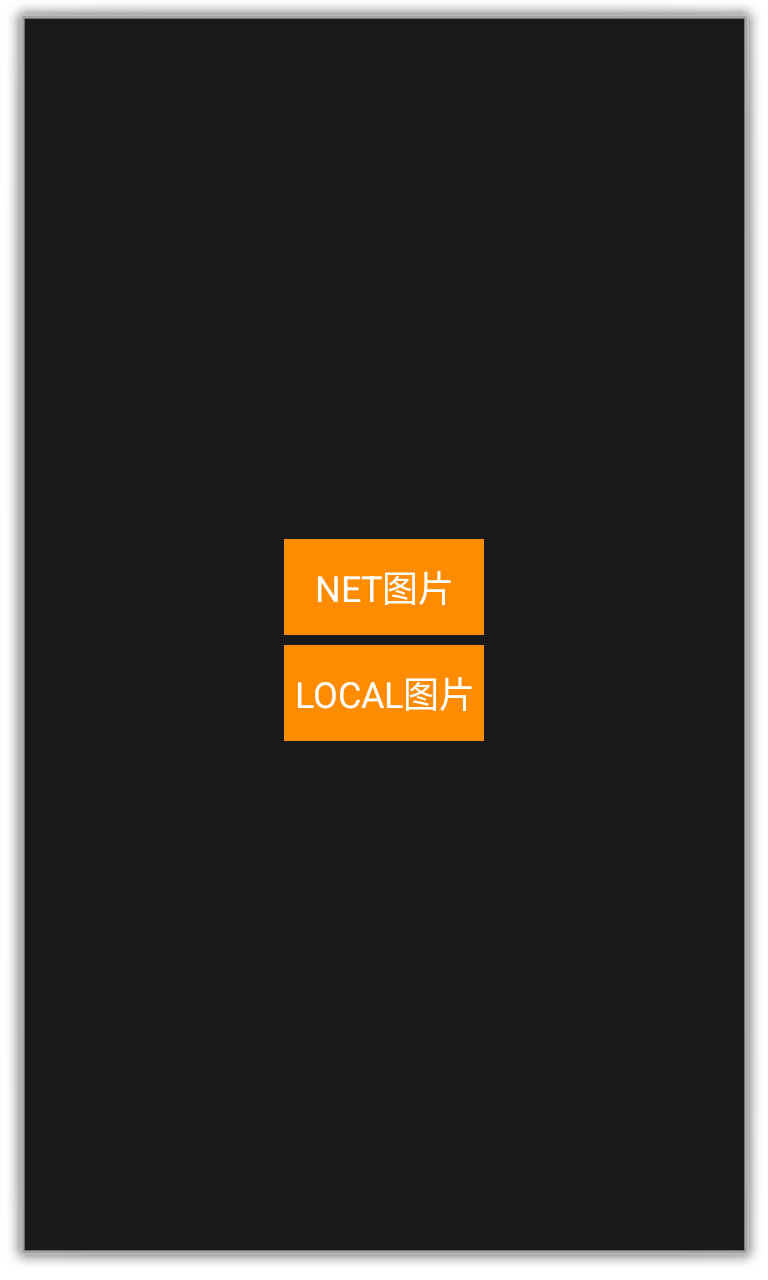
Repository: taiyang0725/Android
Layout: TestViewPage/res/layout/b.xml
The author's editor kept a copy of each file at every save. The layout is drawn from the files as they stood at one save, then again after the next save.
It is drawn on a 768 x 1280 px phone screen (xhdpi) without system bars, with theme AppTheme; the app's code is not run.

Above is the layout before, as saved 2015-05-14 06:57:38.

### TestViewPage/res/layout/b.xml
<?xml version="1.0" encoding="utf-8"?>
<RelativeLayout xmlns:android="http://schemas.android.com/apk/res/android"
    android:layout_width="match_parent"
    android:layout_height="match_parent"
    android:background="@android:drawable/alert_dark_frame" >

   <LinearLayout
       android:layout_width="wrap_content"
        android:layout_height="wrap_content"
        android:layout_centerInParent="true"
        android:orientation="vertical"
       >
    <Button
        android:id="@+id/btn_pic_net"
        android:layout_width="100dp"
        android:layout_height="wrap_content"
        android:background="#FF8C00"
        android:text="NET图片"
        android:textColor="#FFFFFF"
        />
    <Button
        android:id="@+id/btn_pic_local"
        android:layout_width="100dp"
        android:layout_height="wrap_content"
        android:layout_marginTop="5dp"
        android:background="#FF8C00"
       android:textColor="#FFFFFF"
        android:text="LOCAL图片"
        />

   </LinearLayout>

</RelativeLayout>

### TestViewPage/res/values/styles.xml
<resources xmlns:android="http://schemas.android.com/apk/res/android">

    <!--
        Base application theme, dependent on API level. This theme is replaced
        by AppBaseTheme from res/values-vXX/styles.xml on newer devices.





    -->
    <style name="AppBaseTheme" parent="android:Theme.Light">
        <!--
            Theme customizations available in newer API levels can go in
            res/values-vXX/styles.xml, while customizations related to
            backward-compatibility can go here.





        -->
    </style>

    <!-- Application theme. -->
    <style name="AppTheme" parent="AppBaseTheme">
        <!-- All customizations that are NOT specific to a particular API-level can go here. -->
    </style>

    <style name="set_title">
        <item name="android:layout_width">match_parent</item>
        <item name="android:layout_height">40dp</item>
        <item name="android:orientation">horizontal</item>
    </style>

    <style name="set_layout">
        <item name="android:layout_width">0dp</item>
        <item name="android:layout_weight">1</item>
        <item name="android:layout_height">wrap_content</item>

    </style>

    <style name="set_txt">
        <item name="android:layout_width">wrap_content</item>
        <item name="android:layout_height">wrap_content</item>
        <item name="android:orientation">vertical</item>

    </style>

    <style name="set_btn">
        <item name="android:layout_width">35dp</item>
        <item name="android:layout_height">35dp</item>
    </style>

</resources>

Loaded but not shown: TestViewPage/res/values-v11/styles.xml (common file); TestViewPage/res/values-v14/styles.xml (common file)

After the next save:
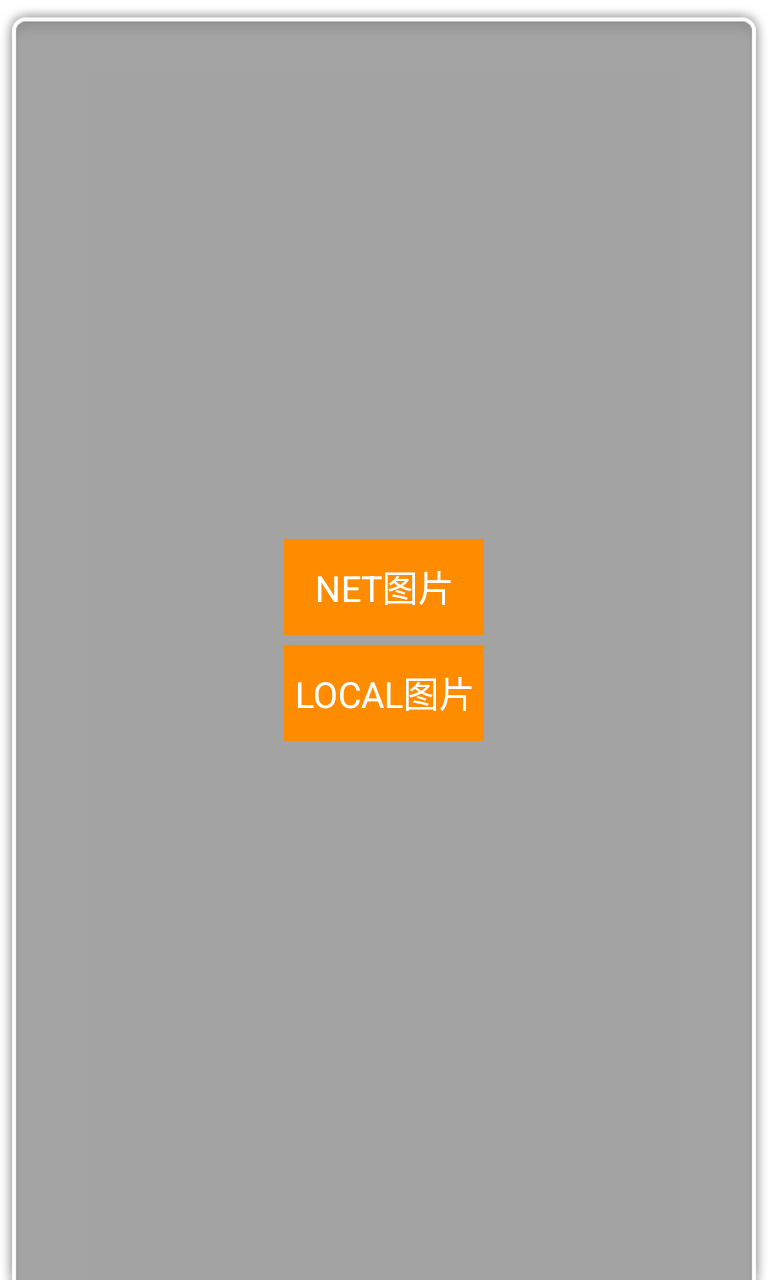
Saved 14 s later.
--- a/TestViewPage/res/layout/b.xml
+++ b/TestViewPage/res/layout/b.xml
@@ -2,7 +2,7 @@
 <RelativeLayout xmlns:android="http://schemas.android.com/apk/res/android"
     android:layout_width="match_parent"
     android:layout_height="match_parent"
-    android:background="@android:drawable/alert_dark_frame" >
+    android:background="@android:drawable/zoom_plate" >
 
    <LinearLayout
        android:layout_width="wrap_content"
